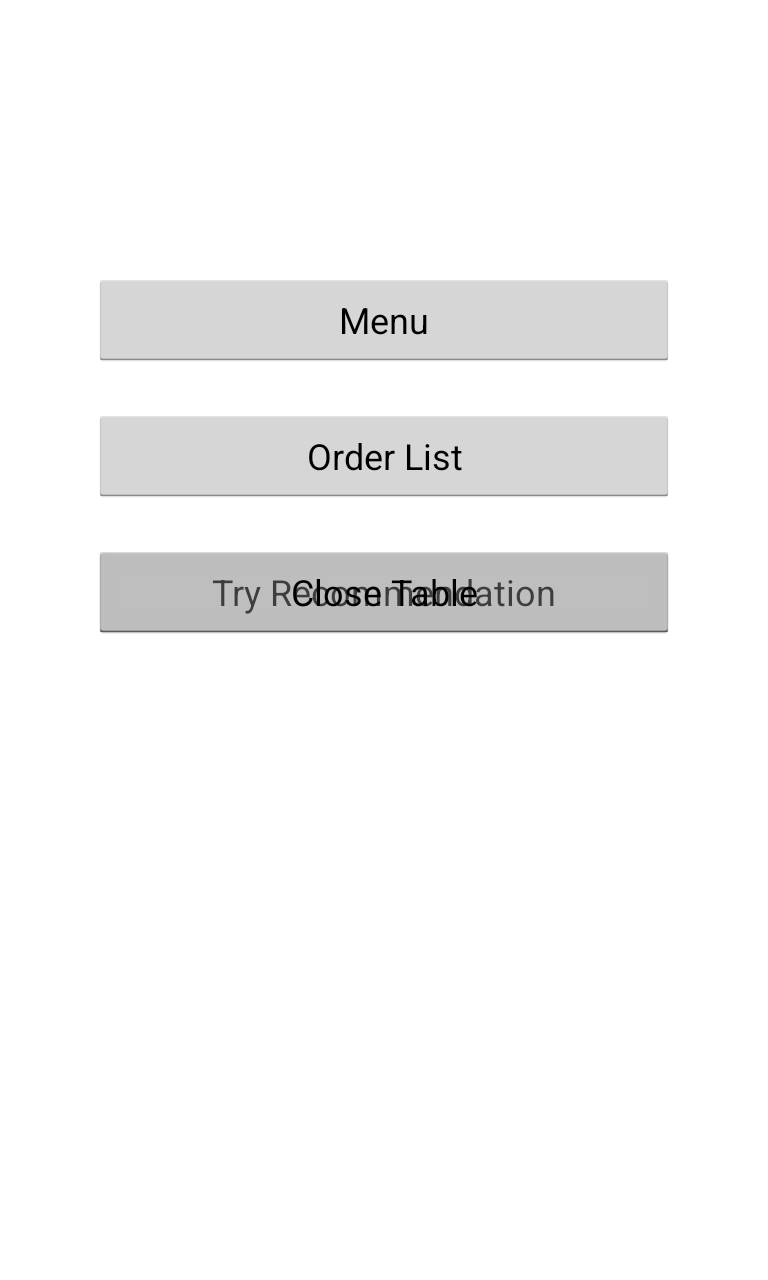
Repository: erenerdogan/ERMS
Layout: ERMSMobile/ERMS/res/layout/activity_main.xml
The author's editor kept a copy of each file at every save. The layout is drawn from the files as they stood at one save, then again after the next save.
It is drawn on a 768 x 1280 px phone screen (xhdpi) without system bars, with theme AppTheme; the app's code is not run.

Above is the layout before, as saved 2013-12-21 23:48:13.

### ERMSMobile/ERMS/res/layout/activity_main.xml
<RelativeLayout xmlns:android="http://schemas.android.com/apk/res/android"
    xmlns:tools="http://schemas.android.com/tools"
    android:layout_width="match_parent"
    android:layout_height="match_parent"
    android:paddingBottom="@dimen/activity_vertical_margin"
    android:paddingLeft="@dimen/activity_horizontal_margin"
    android:paddingRight="@dimen/activity_horizontal_margin"
    android:paddingTop="@dimen/activity_vertical_margin"
    tools:context=".MainActivity" >

    <Button
        android:id="@+id/menubtn"
        android:layout_width="fill_parent"
        android:layout_height="wrap_content"
        android:layout_alignParentLeft="true"
        android:layout_alignParentTop="true"
        android:layout_marginLeft="30dp"
        android:layout_marginRight="30dp"
        android:layout_marginTop="120dp"
        android:text="Menu" />

    <Button
        android:id="@+id/orderbtn"
        android:layout_width="fill_parent"
        android:layout_height="wrap_content"
        android:layout_below="@+id/menubtn"
        android:layout_marginTop="20dp"
        android:layout_marginLeft="30dp"
        android:layout_marginRight="30dp"
        android:text="Order List" />

     <Button
        android:id="@+id/trybtn"
        android:layout_width="fill_parent"
        android:layout_height="wrap_content"
        android:layout_below="@+id/orderbtn"
        android:layout_marginTop="20dp"
        android:layout_marginLeft="30dp"
        android:layout_marginRight="30dp"
        android:text="Try Recommendation" />

     <Button
        android:id="@+id/billbtn"
        android:layout_width="fill_parent"
        android:layout_height="wrap_content"
        android:layout_below="@+id/orderbtn"
        android:layout_marginTop="20dp"
        android:layout_marginLeft="30dp"
        android:layout_marginRight="30dp"
        android:text="Close Table" />

</RelativeLayout>

Loaded but not shown: ERMSMobile/ERMS/res/values/styles.xml (common file); ERMSMobile/ERMS/res/values-v11/styles.xml (common file); ERMSMobile/ERMS/res/values-v14/styles.xml (common file); ERMSMobile/ERMS/res/values/dimens.xml (common file)

After the next save:
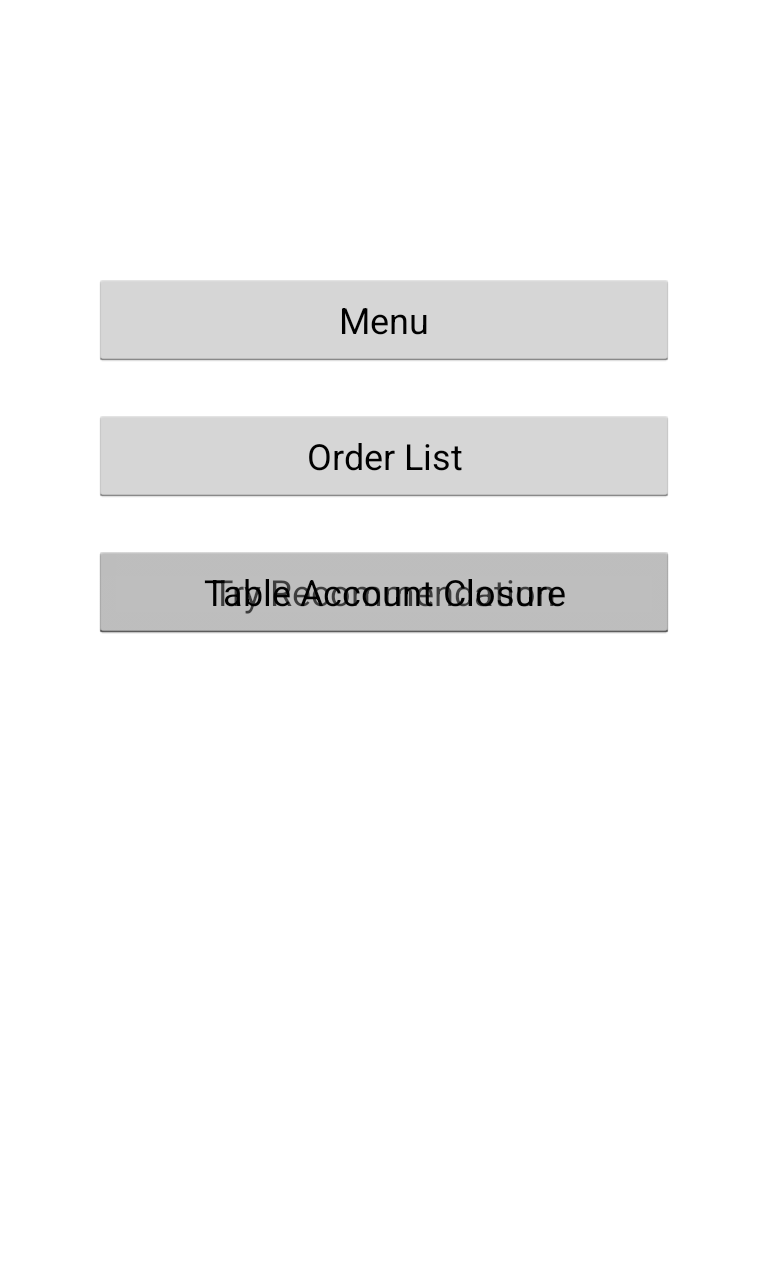
Saved 44 s later.
--- a/ERMSMobile/ERMS/res/layout/activity_main.xml
+++ b/ERMSMobile/ERMS/res/layout/activity_main.xml
@@ -40,13 +40,13 @@
         android:text="Try Recommendation" />
 
      <Button
-        android:id="@+id/billbtn"
+        android:id="@+id/closurebtn"
         android:layout_width="fill_parent"
         android:layout_height="wrap_content"
         android:layout_below="@+id/orderbtn"
         android:layout_marginTop="20dp"
         android:layout_marginLeft="30dp"
         android:layout_marginRight="30dp"
-        android:text="Close Table" />
+        android:text="Table Account Closure" />
 
 </RelativeLayout>
